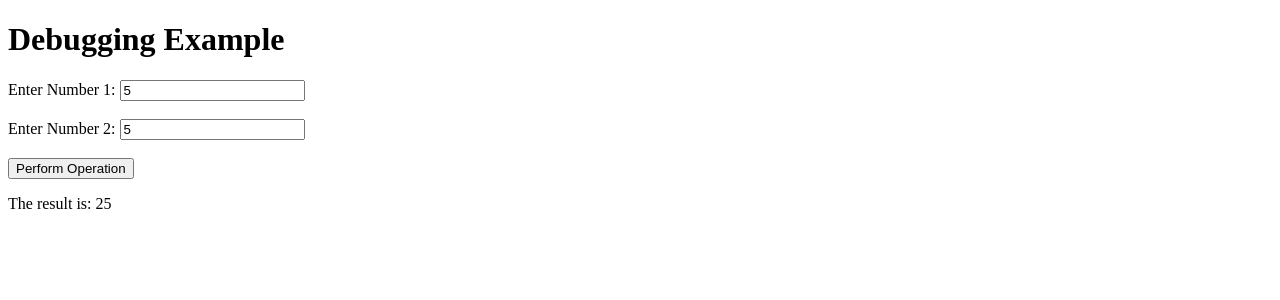
Repository: Huijiacute/JavaScriptEssential
Page: Module2/DebugCode/debug_code.html
These files come from the project's save history. The page is drawn as it stood at one moment and after a run of saves; the edit follows.
The browser window is 1280 px wide. The pictures show the whole page.
Empty fields were first filled with sample values (such as "Sample", 5 or name@example.com).
After loading, the first visible `button` was clicked once.

Above is the page before, as saved 2026-03-08 06:48:07.

After the next 3 saves:
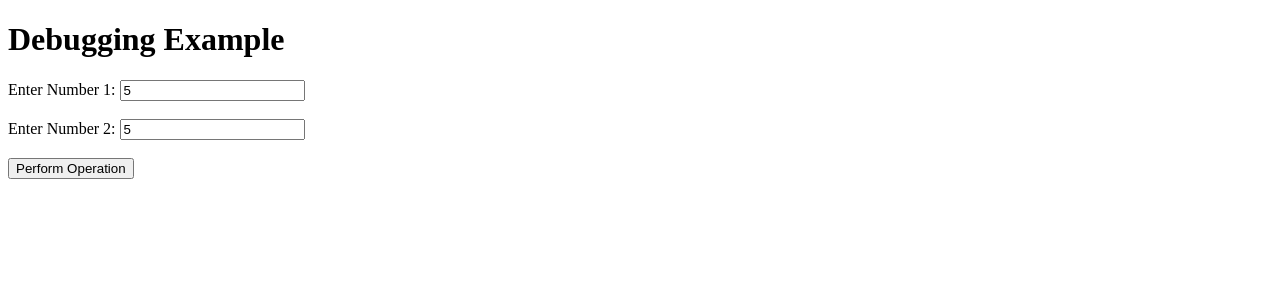
Console error: SyntaxError: Identifier 'performOperation' has already been declared
The 3 saves are shown as one change because they came seconds apart.
The last was saved 28 s later.
--- a/Module2/DebugCode/debug_code.js
+++ b/Module2/DebugCode/debug_code.js
@@ -1,28 +1,28 @@
-// const performOperation = () => {
-//   const multiply = (a, b) => {
-//     // Introduce a debugger statement to pause execution
-//     debugger;
-//     return a * b;
-//   }
+const performOperation = () => {
+  const multiply = (a, b) => {
+    // Introduce a debugger statement to pause execution
+    debugger;
+    return a * b;
+  }
 
-//   const displayResult = (result) => {
-//     // Display the result in the paragraph element
-//     const resultElement = document.getElementById('result');
-//     resultElement.textContent = `The result is: ${result}`;
-//   }
+  const displayResult = (result) => {
+    // Display the result in the paragraph element
+    const resultElement = document.getElementById('result');
+    resultElement.textContent = `The result is: ${result}`;
+  }
 
-//   //Get user input from input fields
-//   let num1 = parseInt(document.getElementById('input1').value)
-//   let num2 = parseInt(document.getElementById('input2').value)
+  //Get user input from input fields
+  let num1 = parseInt(document.getElementById('input1').value)
+  let num2 = parseInt(document.getElementById('input2').value)
 
-//   // Check if inputs are valid numbers
-//   if (!isNaN(num1) && !isNaN(num2)) {
-//     let result = multiply(num1, num2);
-//     displayResult(result);
-//   } else {
-//     displayResult('Please enter valid numbers')
-//   }
-// }
+  // Check if inputs are valid numbers
+  if (!isNaN(num1) && !isNaN(num2)) {
+    let result = multiply(num1, num2);
+    displayResult(result);
+  } else {
+    displayResult('Please enter valid numbers')
+  }
+}
 
 function performOperation() {
 // Get user input from input fields
